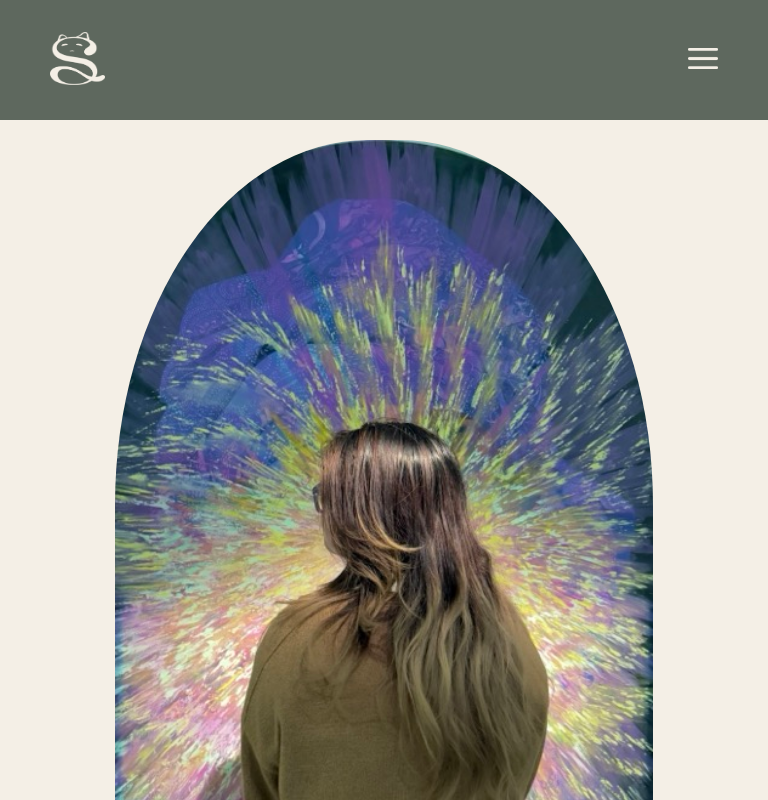
Repository: SandyLy453/portfolio
Page: /
The author's editor kept a copy of each file at every save. The page is drawn from the files as they stood at one save, then again after the next save.
The browser window is 768 px wide. The pictures show the whole page.
An inner scrolling area shows only its first screen. The project was rebuilt for these pictures with package versions that can differ from the ones it lists, and the page was loaded fresh each time. The framework's server and built-in components were replaced by stand-ins that run in the browser. Also part of the build but not shown: next.config.mjs, modules/Footer/Footer.module.css, modules/Footer/Footer.js, modules/ProjectCard/ProjectCard.module.css, modules/ProjectCard/Projectcard.js.

Above is the page before, as saved 2025-02-17 17:13:23.

After the next save:
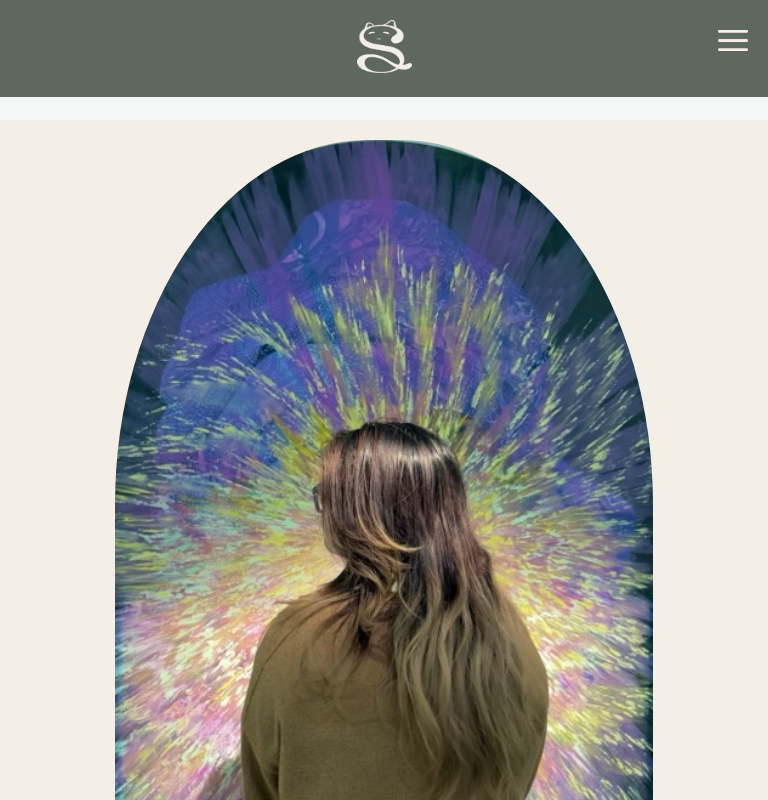
Saved 59 s later.
--- a/modules/Header/Header.module.css
+++ b/modules/Header/Header.module.css
@@ -71,33 +71,33 @@
         width: 100vw;
         right: 0;
         display: flex;
-        flex-direction: row;
-        justify-content: space-between;
+        flex-direction: column;
         align-items: center;
+        justify-content: flex-start;
+        height: auto;
     }
 
     .hamburger {
         display: block;
+        position: absolute;
+        right: 20px;
+        top: 30px;
         z-index: 10;
     }
 
     .menu {
         display: none;
-        position: absolute;
-        top: 120px;
-        right: 20px;
-        background: white;
         flex-direction: column;
-        gap: 15px;
-        padding: 15px;
-        border-radius: 5px;
-        box-shadow: 0px 4px 6px rgba(0, 0, 0, 0.1);
+        align-items: center;
+        width: 100%;
         opacity: 0;
-        transform: translateY(-10px);
-        transition: opacity 0.3s ease, transform 0.3s ease;
+        transform: scaleY(0);
+        transition: transform 0.3s ease-in-out, opacity 0.3s ease-in-out;
     }
 
     .menuExpanded {
         display: flex;
+        opacity: 1;
+        transform: scaleY(1);
     }
 }
